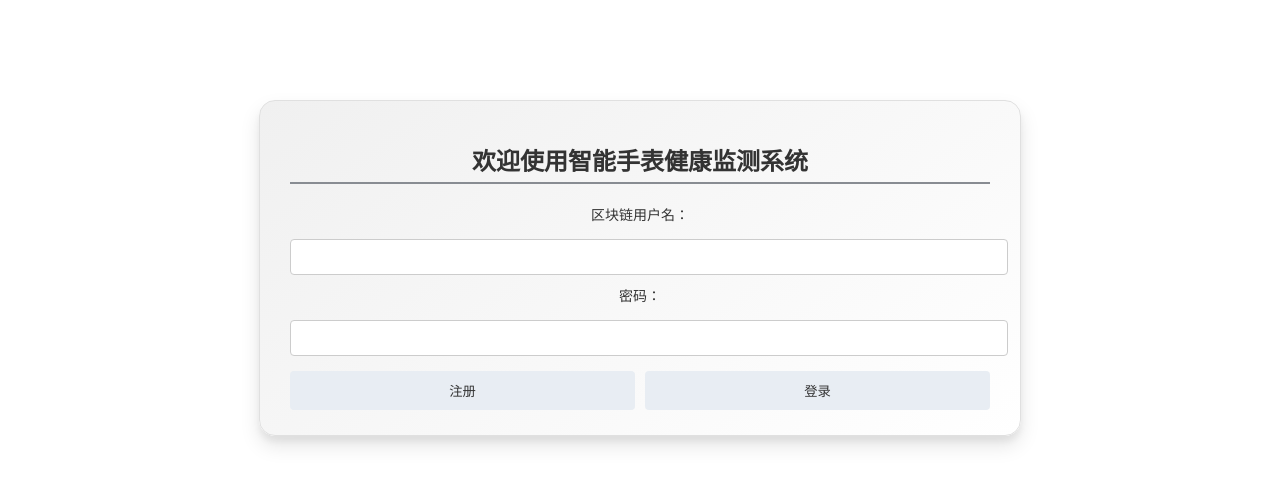
Repository: hyperion0831/The-management-of-IoT-data-sharing-based-on-blockchain
Page: / (app in Dz/frontend/)
These files come from the project's save history. The page is drawn as it stood at one moment and after the next save; the edit follows.
The browser window is 1280 px wide. The pictures show the whole page.
The project was rebuilt for these pictures with package versions that can differ from the ones it lists, and the page was loaded fresh each time. Also part of the build but not shown: Dz/frontend/vue.config.js, Dz/frontend/src/components/dashboard/DataUploadAndExport.vue, Dz/frontend/src/components/dashboard/RealTimeMonitoring.vue, Dz/frontend/src/components/dashboard/DataAnalysis.vue, Dz/frontend/src/components/dashboard/AppSettings.vue, Dz/frontend/src/components/DataDashBoard.vue.

Above is the page before, as saved 2024-11-12 00:24:43.

### Dz/frontend/src/main.js
import { createApp } from 'vue';
import App from './App.vue';
import router from './router';
import ElementPlus from 'element-plus';
import 'element-plus/dist/index.css';

const app = createApp(App);

app.use(router)
app.use(ElementPlus)
app.mount('#app');

### Dz/frontend/src/App.vue
<template>
  <div id="app">
    <router-view></router-view>
  </div>
</template>

<script>
export default {
  name: 'App'
};
</script>

<style>
#app {
  font-family: Avenir, Helvetica, Arial, sans-serif;
  -webkit-font-smoothing: antialiased;
  -moz-osx-font-smoothing: grayscale;
  text-align: center;
  color: #2c3e50;
  margin-top: 60px;
}
</style>

### Dz/frontend/src/router/index.js
import { createRouter, createWebHistory } from 'vue-router';
import DataDashBoard from '../components/DataDashBoard.vue'; // 导入仪表盘组件
import Login from '../components/LoginForm.vue';

const routes = [
  { path: '/', redirect: '/login' },
  { path: '/login', name: 'Login', component: Login },
  { path: '/datadashboard', name: 'DataDashBoard', component: DataDashBoard },
];

const router = createRouter({
  history: createWebHistory(),
  routes
});

export default router;

### Dz/frontend/src/components/LoginForm.vue
<template>
    <div class="loginform">

      <!-- 初始页面 -->
      <div v-if="!isRegistering">
        <h1>欢迎使用智能手表健康监测系统</h1>

        <!-- 区块链用户名和密码显示区域 -->
        <div class="blockchain-info">
          <label>区块链用户名：</label>
          <input type="text" v-model="displayPublicKey" readonly />
          <label>密码：</label>
          <input type="text" v-model="displayPrivateKey" readonly />
        </div>

        <!-- 登录、注册按钮 -->
        <div class="button-row">
          <button @click="handleRegisterClick">注册</button>
          <button @click="handleLoginClick">登录</button>
        </div>

        <!-- 隐藏的文件选择框 -->
        <input
          ref="fileInput"
          type="file"
          accept=".txt"
          style="display: none"
          @change="handleFileUpload"
        />
      </div>

      <!-- 注册页面（覆盖整个页面） -->
      <div v-if="isRegistering" class="register-section">
        <h1>注册新用户</h1>
        <label for="identity">选择身份：</label>
        <select v-model="identity">
          <option value="doctor">医生</option>
          <option value="user">普通用户</option>
        </select>

        <div v-if="identity === 'doctor'" class="blockchain-info">
          <label for="name">姓名：</label>
          <input type="text" v-model="name" placeholder="请输入姓名" />
          <label for="id">工号：</label>
          <input type="text" v-model="doctorId" placeholder="请输入工号" />
        </div>
        <div v-else class="blockchain-info">
          <label for="name">姓名：</label>
          <input type="text" v-model="name" placeholder="请输入姓名" />
        </div>

        <div class="button-row">
          <button @click="generateAndSaveKeyPair">生成密钥对</button>
          <button @click="goToLoginPage">返回登录</button>
        </div>

        <p v-if="keyGenerated">密钥对已生成并保存到文件中。</p>
      </div>
    </div>
  </template>

  <script>

  export default {
    data() {
      return {
        currentView: null, // 初始无显示
        blockchainUsername: '',  // 区块链用户名
        blockchainPassword: '',  // 区块链密码
        uploadedFile: null,      // 已上传的文件
        displayPrivateKey: '',
        displayPublicKey: '',
        keyGenerated: false,
        isLoggedIn: false,
        privateKey: null,
        publicKey: null,
        identity: 'user',
        name: '',
        doctorId: '',
        errorMessage: '',// 错误消息
        isRegistering: false, // 是否正在注册,
        showErrorModal: false,
      };
    },
    mounted() {
      // 页面加载时检查是否已登录
      const isLoggedIn = sessionStorage.getItem("isLoggedIn");
      const userName = sessionStorage.getItem("userName");
      if (isLoggedIn === "true" && userName) {
        this.isLoggedIn = true;
        this.name = userName.split('-')[1]; // 提取用户名
        const storedData = JSON.parse(localStorage.getItem(userName)); // 从 localStorage 获取密钥对数据
        if (storedData) {
          this.displayPublicKey = storedData.publicKey;
          this.displayPrivateKey = storedData.privateKey;
        }
      }
    },
    methods: {
      // 点击登录按钮，弹出文件选择框
      handleLoginClick() {
        this.$refs.fileInput.click();
      },

      // 点击注册按钮后，切换到注册界面
      handleRegisterClick() {
        this.isRegistering = true; // 显示注册界面
      },

      // 检查是否已注册
      isRegistered() {
        const registered = localStorage.getItem(`${this.identity}-${this.name}-${this.doctorId|| ''}`);
        return !!registered;
      },

      // 注册
      async generateAndSaveKeyPair() {

        const registrationKey = `${this.identity}-${this.name}-${this.doctorId || ''}`;
        if (this.isRegistered()) {
          alert("已注册，请直接登录。");
          return;
        }
        let isValid = true; // 添加一个标志来追踪身份验证状态

        if (this.identity === 'doctor') {
          if (this.name !== 'Dz' || this.doctorId !== '2448') {
            alert('医生身份信息错误，请检查姓名和工号。');
            isValid = false; // 设置标志为false
          }
        } else if (this.identity === 'user') {
          const validUserNames = ['TYC', 'DDS'];
          if (!validUserNames.includes(this.name)) {
            alert('普通用户姓名错误，请检查姓名。');
            isValid = false; // 设置标志为false
          }
        }
          // 如果身份验证未通过，直接返回
          if (!isValid) {
            return;
          }

        try {
            // 创建种子字符串，确保不同身份和用户生成不同的密钥
            const uniqueSeed = `${this.identity}-${this.name}-${this.doctorId || ''}`;
            console.log(`生成密钥的种子信息：${uniqueSeed}`);

            // 生成密钥对
            const keyPair = await window.crypto.subtle.generateKey(
              {
                name: "RSA-OAEP",
                modulusLength: 2048,
                publicExponent: new Uint8Array([1, 0, 1]),
                hash: { name: "SHA-256" },
              },
              true,
              ["encrypt", "decrypt"]
            );
            const publicKey = await window.crypto.subtle.exportKey("spki", keyPair.publicKey);
            const privateKey = await window.crypto.subtle.exportKey("pkcs8", keyPair.privateKey);

            const publicKeyBase64 = btoa(String.fromCharCode(...new Uint8Array(publicKey)));
            const privateKeyBase64 = btoa(String.fromCharCode(...new Uint8Array(privateKey)));

            const combinedKeys = `-----BEGIN PUBLIC KEY-----\n${publicKeyBase64}\n-----END PUBLIC KEY-----\n-----BEGIN PRIVATE KEY-----\n${privateKeyBase64}\n-----END PRIVATE KEY-----`;

            // 将密钥对保存到文件
            const blob = new Blob([combinedKeys], { type: "application/octet-stream" });
            const downloadLink = document.createElement("a");
            downloadLink.href = URL.createObjectURL(blob);
            downloadLink.download = `${this.name}_password.txt`;
            downloadLink.click();

            // 将身份标记为已注册
            localStorage.setItem(registrationKey, JSON.stringify({ publicKey: publicKeyBase64, privateKey: privateKeyBase64 }));
            this.keyGenerated = true;
            this.currentView = 'success'; // 注册成功后切换到 success 视图
            this.$emit('registerSuccess', { identity: this.identity, name: this.name });
          } catch (error) {
              console.error("生成密钥对失败：", error);
          }
      },

      //秘钥显示
      handleFileUpload(event) {
        const file = event.target.files[0];
        if (file) {
          const reader = new FileReader();
          reader.onload = () => {
            const fileContent = reader.result;
            // 提取公钥和私钥内容并显示
            const publicKeyMatch = fileContent.match(/-----BEGIN PUBLIC KEY-----\n([\s\S]+?)\n-----END PUBLIC KEY-----/);
            const privateKeyMatch = fileContent.match(/-----BEGIN PRIVATE KEY-----\n([\s\S]+?)\n-----END PRIVATE KEY-----/);

            if (publicKeyMatch && privateKeyMatch) {
              const publicKey = publicKeyMatch[1];
              const privateKey = privateKeyMatch[1];
              // 验证密钥对
              this.verifyKeyPair(publicKey, privateKey); // 处理文件内容
            } else {
              alert("文件格式不正确，请上传包含公钥和私钥的文件。");
            }
          };
          reader.readAsText(file);
        }
      },

      //登录验证
      async verifyKeyPair(publicKeyBase64, privateKeyBase64) {
        let matchingKey = null;
        try {
          // 遍历 localStorage 查找匹配的公私钥
          for (let i = 0; i < localStorage.length; i++) {
            const key = localStorage.key(i);//user-TYC-
            const storedData = JSON.parse(localStorage.getItem(key));
            if (storedData.publicKey === publicKeyBase64 &&
              storedData.privateKey === privateKeyBase64)
            {
              matchingKey = key;
              console.log(`键值：${matchingKey}`);
              break;
            }
          }
          if (matchingKey) {
            console.log(`找到匹配的 registrationKey：${matchingKey}`);
            // 执行登录逻辑，例如设置登录状态、保存 session 等
            this.isLoggedIn = true;

            sessionStorage.setItem("isLoggedIn", "true");
            sessionStorage.setItem("userName", matchingKey);

            // 显示公钥和私钥内容
            this.displayPublicKey = publicKeyBase64;
            this.displayPrivateKey = privateKeyBase64;

            alert(`登录成功！\n欢迎你， ${matchingKey.split('-')[1]}${matchingKey.startsWith('doctor') ? '医生' : '用户'}`);
            this.$router.push({ name: 'DataDashboard' });
          } else {
            alert("未找到匹配的注册信息，请检查密钥文件。");
          }
        } catch (error) {
          console.error("验证密钥对时出错：", error);
          alert("密钥验证失败，请重新上传正确的密钥文件。");
        }
      },

      // 返回登录界面
      goToLoginPage() {
        this.isRegistering = false; // 退出注册界面，显示登录按钮页面
        this.currentView = null; // 清空当前视图
      },

    },
  };
  </script>

  <style scoped>
  .loginform {
    width: 700px; /* 调整宽度 */
    padding: 25px 30px; /* 增加内边距 */
    margin: 100px auto; /* 居中 */
    background: linear-gradient(145deg, #f0f0f0, #ffffff); /* 添加柔和的渐变背景 */
    border: 1px solid #e0e0e0; /* 边框颜色更浅 */
    border-radius: 16px; /* 调整圆角 */
    box-shadow: 0 10px 20px rgba(0, 0, 0, 0.1), 0 6px 6px rgba(0, 0, 0, 0.05); /* 添加双层阴影 */
  }

  h1 {
    font-size: 24px;
    color: #333;
    margin-bottom: 20px;
    align-self: flex-start; /* 将标题移到左边 */
    border-bottom: 2px solid #888c92; /* 添加下划线 */
    padding-bottom: 5px;
  }

  .blockchain-info {
    display: flex;
    flex-direction: column;
    gap: 10px;
    width: 100%;
  }

  .blockchain-info label {
    font-size: 14px;
    color: #333;
  }

  .blockchain-info input {
    width: 100%;
    padding: 8px;
    border: 1px solid #ccc;
    border-radius: 4px;
    font-size: 16px;
    margin-top: 5px;
    text-align: center;
  }

  .user-info {
    display: flex;
    justify-content: space-around;
    font-size: 14px;
    color: #555;
    margin-top: 10px;
    width: 100%;
  }

  .button-row {
    display: flex;
    flex-direction: row;
    flex-wrap: wrap;
    gap: 10px;
    margin-top: 15px;
    width: 100%;
  }

  .button-row button {
    flex: 1 1 calc(50% - 10px);
    padding: 10px;
    background-color: #e8edf3;
    color: #333;
    border: none;
    border-radius: 4px;
    cursor: pointer;
    transition: background-color 0.3s ease;
  }

  .button-row button:hover {
    background-color: #acababcc;
  }

  .register-section, .login-section {
    margin-top: 20px;
  }

  select, input[type="text"], input[type="file"] {
    width: 100%;
    padding: 8px;
    border: 1px solid #ccc;
    border-radius: 4px;
    margin-top: 5px;
  }

  p {
    font-size: 14px;
    color: #333;
    margin-top: 10px;
  }
  </style>

Loaded but not shown: Dz/frontend/public/index.html (common file)

After the next save:
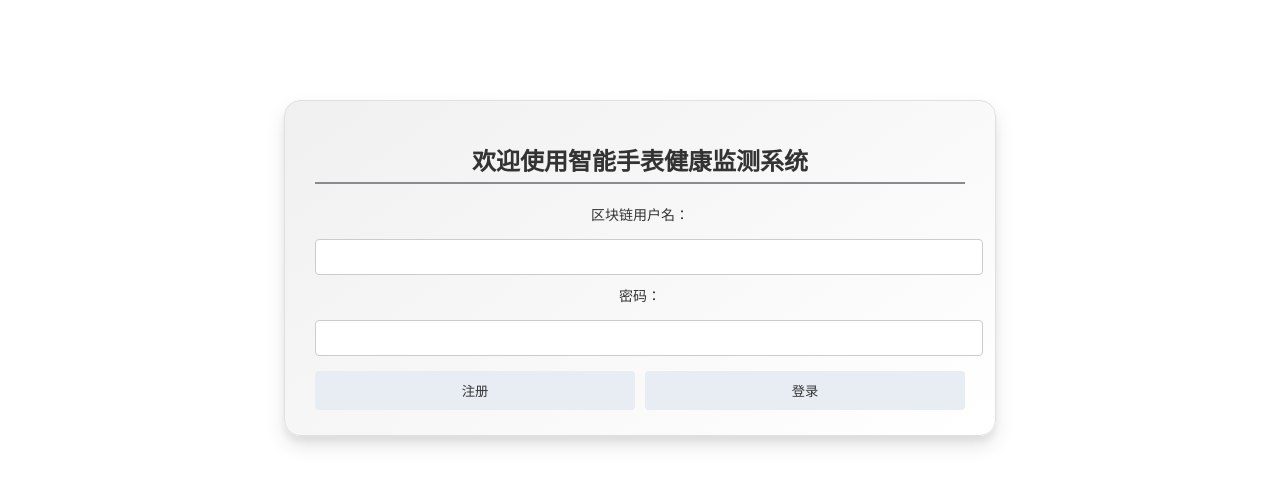
Saved 117 s later.
--- a/Dz/frontend/src/components/LoginForm.vue
+++ b/Dz/frontend/src/components/LoginForm.vue
@@ -256,7 +256,7 @@
 
   <style scoped>
   .loginform {
-    width: 700px; /* 调整宽度 */
+    width: 650px; /* 调整宽度 */
     padding: 25px 30px; /* 增加内边距 */
     margin: 100px auto; /* 居中 */
     background: linear-gradient(145deg, #f0f0f0, #ffffff); /* 添加柔和的渐变背景 */
